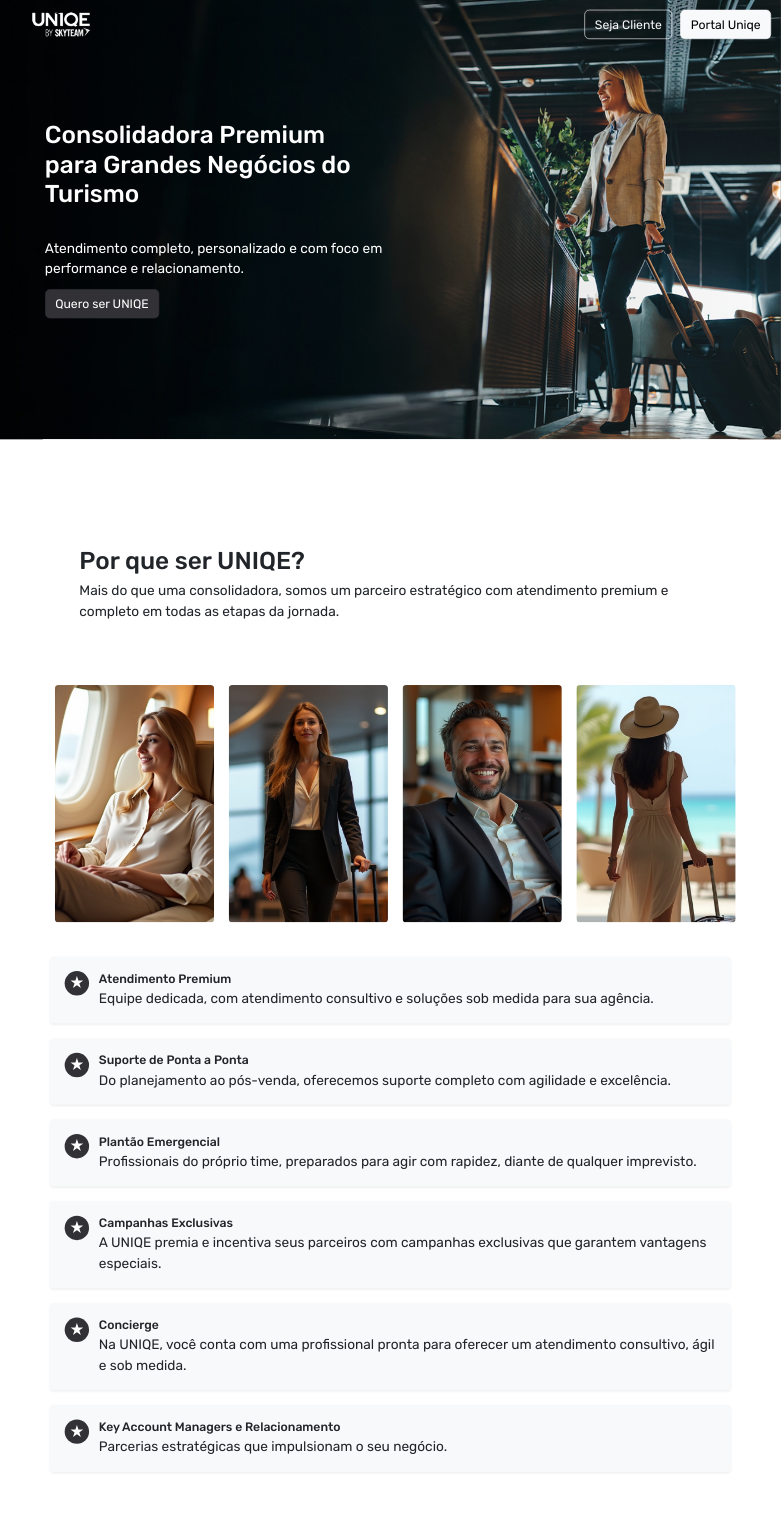
Repository: SkyTeam-Dev/Site-Uniqe
Page: http://localhost/
These files come from the project's save history. The page is drawn as it stood at one moment and after the next save; the edit follows.
The browser window is 1280 px wide. The pictures show the whole page, at 61% of full size.
Some web libraries are served in a nearby version. The page is run by PHP 8.4 with error messages shown; the project is at /var/www/html/.

Above is the page before, as saved 2025-07-03 15:44:49.

### index.php
<!DOCTYPE html>
<html lang="pt-br">

<head>
    <title>:: Uniqe by Skyteam ::</title>
    <!-- Define uma descrição otimizada para mecanismos de busca (Maximo 160 caracteres mas o recomendado é 50 caracteres) -->
    <meta name="description"
        content="CADASTRO SIMPLES, DESCONTOS E CASHBACK A viagem do seu cliente com as melhores condições Conectamos o agente a descontos imbatíveis Ofereça seus serviços a preços mais atrativos com a Uniqe By Skyteam, uma plataforma para reservas de aéreo, hotelaria, seguro-viagem e locação nacional com descontos e cashback, projetada para qualquer agente de viagem" />
    <!-- Define palavras-chave (não tem mais impacto no Google, mas pode ajudar em outros mecanismos) -->
    <meta name="keywords" content="palavra-chave1, palavra-chave2, palavra-chave3">
    <meta charset="utf-8">
    <meta http-equiv="X-UA-Compatible" content="IE=edge">
    <link rel="canonical" href="https://uniqe.tur.br/" />
    <link rel='shortlink' href='https://uniqe.tur.br/' />

    <!-- Define a indexação pelos mecanismos de busca -->
    <meta name="robots" content="index, follow"> <!-- Para indexar e seguir links -->
    <meta name="googlebot" content="index, follow"> <!-- Específico para o Google -->
    <meta name="bingbot" content="index, follow"> <!-- Específico para o Bing -->

    <!-- GOOGLE JSON-LD para SEO -->
    <script type="application/ld+json">
    {
        "@context": "https://schema.org",
        "@type": "WebSite",
        "name": "Uniqe by Skyteam",
        "url": "https://uniqe.tur.br",
        "description": "Consolidadora PREMIUM para grandes negócios do turismo. Atendimento completo, personalizado e com foco em performance e relacionamento, venha ser Uniqe",
        "image": "https://uniqe.tur.br/Templates/Default/Imagens/OG_Uniqe_Base.jpg",
        "author": {
            "@type": "Person",
            "name": "Uniqe"
        },
        "publisher": {
            "@type": "Organization",
            "name": "Uniqe by Skyteam",
            "logo": {
                "@type": "ImageObject",
                "url": "https://uniqe.tur.br/Templates/Default/Imagens/OG_Uniqe_Base.jpg"
            }
        }
    }
    </script>
    <!-- GOOGLE JSON-LD para SEO -->

    <!-- Define o autor do conteúdo -->
    <meta name="author" content="Uniqe by Skyteam">

    <!-- Controla como o Google exibe o snippet do site -->
    <meta name="google" content="nosnippet"> <!-- Impede snippets na SERP -->
    <meta name="google" content="max-snippet:-1, max-image-preview:large, max-video-preview:-1">
    <!-- Personaliza como o conteúdo é mostrado -->

    <!-- Diz ao Google para não traduzir a página automaticamente -->
    <meta name="google" content="notranslate">

    <!-- Define a geolocalização para buscas locais -->
    <meta name="DC.title" content="Uniqe By SkyTeam" />
    <meta name="geo.region" content="BR-RS" />
    <meta name="geo.placename" content="Porto Alegre" />
    <meta name="geo.position" content="-30.030205;-51.229975" />
    <meta name="ICBM" content="-30.030205, -51.229975" />
    <!-- Criador do conteúdo -->
    <meta name="DC.creator" content="Uniqe By SkyTeam">
    <!-- Assunto ou tema do conteúdo -->
    <meta name="DC.subject"
        content="Consolidadora PREMIUM para grandes negócios do turismo. Atendimento completo, personalizado e com foco em performance e relacionamento, venha ser Uniqe">
    <!-- Descrição do conteúdo -->
    <meta name=" DC.description"
        content="Consolidadora PREMIUM para grandes negócios do turismo. Atendimento completo, personalizado e com foco em performance e relacionamento, venha ser Uniqe">

    <!-- Editora ou organização responsável -->
    <meta name="publisher" content="Uniqe By SkyTeam">
    <!-- Identificador único (ex: URL, DOI) -->
    <meta name="identifier" content="https://uniqe.tur.br">
    <!-- Idioma do conteúdo -->
    <meta name="language" content="pt-BR">

    <!-- Direitos autorais e licenciamento -->
    <meta name="rights" content="© 2025 Uniqe By SkyTeam. Todos os direitos reservados.">


    <!-- Definição do protocolo Open Graph BASE -->
    <meta property="og:type" content="website">
    <!-- URL canônica da página -->
    <meta property="og:url" content="https://uniqe.tur.br/">
    <!-- Título que aparecerá no compartilhamento -->
    <meta property="og:title" content="Uniqe by Skyteam">
    <!-- Descrição curta e chamativa -->
    <meta property="og:description"
        content="Consolidadora PREMIUM para grandes negócios do turismo. Atendimento completo, personalizado e com foco em performance e relacionamento, venha ser Uniqe">
    <!-- Imagem para exibição no compartilhamento -->
    <meta property="og:image" content="https://uniqe.tur.br/Templates/Default/Imagens/OG_Uniqe_Base.jpg">
    <!-- 1200x630 pixels é o tamanho recomendado pelo Facebook e outras redes sociais -->
    <meta property="og:image:alt"
        content="Uniqe by Skyteam - Consolidadora PREMIUM para grandes negócios do turismo. Atendimento completo, personalizado e com foco em performance e relacionamento, venha ser Uniqe">
    <!-- Especificações adicionais para a imagem -->
    <meta property="og:image:width" content="1200">
    <meta property="og:image:height" content="630">
    <!-- Nome do site (opcional, mas recomendado) -->
    <meta property="og:site_name" content="Uniqe by Skyteam">
    <!-- Idioma da página -->
    <meta property="og:locale" content="pt_BR">
    <!-- Definição do protocolo Open Graph BASE -->

    <!-- Twitter Card -->
    <meta name="twitter:card" content="summary_large_image">
    <meta name="twitter:title" content="Uniqe by Skyteam">
    <meta name="twitter:description"
        content="Consolidadora PREMIUM para grandes negócios do turismo. Atendimento completo, personalizado e com foco em performance e relacionamento, venha ser Uniqe">
    <meta name="twitter:image" content="https://uniqe.tur.br/Templates/Default/Imagens/OG_Uniqe_Base.jpg">
    <!-- Twitter Card -->



    <meta name="viewport" content="width=device-width, initial-scale=1, shrink-to-fit=no">

    <link rel='preconnect' href='//fonts.googleapis.com' />
    <link rel="preconnect" href="//fonts.gstatic.com" crossorigin>
    <link rel='preconnect' href='//jsdelivr.net' />
    <link rel='preconnect' href='//cdn.jsdelivr.net' />
    <link rel='preconnect' href='//code.jquery.com' />



    <!-- CSS -->
    <script src="https://kit.fontawesome.com/1f7edb10c1.js" crossorigin="anonymous"></script>

    <link
        href="https://fonts.googleapis.com/css2?family=DM+Sans:ital,opsz,wght@0,9..40,100..1000;1,9..40,100..1000&family=Inter:ital,opsz,wght@0,14..32,100..900;1,14..32,100..900&family=Rubik:ital,wght@0,300..900;1,300..900&display=swap"
        rel="stylesheet">

    <link rel="stylesheet" href="Templates/Default/Bootstrap/bootstrap.css">
    <link rel="stylesheet" href="Templates/Default/CSS/Site.css">

    <link rel="stylesheet" href="https://cdn.jsdelivr.net/npm/slick-carousel@1.8.1/slick/slick.css" />
    <link rel="stylesheet" href="https://cdn.jsdelivr.net/npm/slick-carousel@1.8.1/slick/slick-theme.css" />


    <!-- CSS -->

    <!-- Favicon -->


    <!-- Favicon e Theme Color-->
    <link rel="icon" type="image/png" href="Templates/Default/Imagens/Favicons/favicon-96x96.png" sizes="96x96" />
    <link rel="icon" type="image/svg+xml" href="Templates/Default/Imagens/Favicons/favicon.svg" />
    <link rel="shortcut icon" href="Templates/Default/Imagens/Favicons/favicon.ico" />
    <link rel="icon" href="Templates/Default/Imagens/Favicons/favicon.ico" type="image/x-icon">
    <link rel="apple-touch-icon" sizes="180x180" href="Templates/Default/Imagens/Favicons/apple-touch-icon.png" />
    <link rel="manifest" href="Templates/Default/Imagens/Favicons/site.webmanifest" />
    <link rel="apple-touch-icon" href="Templates/Default/Imagens/Favicons/favicon-96x96.png">
    <meta name="msapplication-TileImage" content="Templates/Default/Imagens/Favicons/favicon-96x96.png">
    <meta name="theme-color" content="#313136">
    <meta name="apple-mobile-web-app-capable" content="yes">
    <meta name="apple-mobile-web-app-status-bar-style" content="black-translucent">
    <meta name="msapplication-TileColor" content="#313136">
    <!-- Favicon -->


    <!-- Rastreamento e Comunicação -->

    <!-- Rastreamento e Comunicação -->



    <script src="https://www.google.com/recaptcha/api.js"></script>


</head>

<body onload="document.body.classList.add('show');" class="fade-in">


    <!-- Cabeçalho -->
    <header id="mainHeader" class="menu-transparent mt-0">
        <div class="container-fluid d-flex justify-content-between align-items-center p-3">
            <div>
                <img src="Templates/Default/Imagens/Logo_Uniqe_Branco.png" class="ms-4 img-fluid fw-bold">
                <!-- Troque pelo seu logo -->
            </div>
            <div>
                <a href="#" class="btn btn-lg btn-outline-light me-2 rounded-3 shadow">Seja Cliente</a>
                <a href="#" class="btn btn-lg btn-light rounded-3 shadow">Portal Uniqe</a>
            </div>
        </div>
    </header>

    <!-- Conteúdo -->
    <main class="bg-primary">

        <section class="container-fluid p-5 Hero d-flex justify-content-center align-items-center min-vh-100" id="Hero">
            <div class="row">
                <div class="col-md-6 col-sm-12">
                    <h1 class="text-white mb-5">Consolidadora Premium para Grandes Negócios do Turismo</h1>
                    <p class="text-white mb-3">Atendimento completo, personalizado e com foco em performance e
                        relacionamento.</p>
                    <a href="#" class="btn btn-lg btn-primary">Quero ser UNIQE</a>
                </div>
            </div>


        </section>

    </main>
    <!-- Conteúdo -->

    <!-- Cabeçalho -->

    <!-- Por que ser UNIQE -->

    <section class="container bg-white Espacamento_Superior">

        <div class="row  p-5">

            <div class="col-sm-12">

                <h1 class="mb-2">Por que ser UNIQE?</h1>
                <p class="mb-5">Mais do que uma consolidadora, somos um parceiro estratégico com atendimento premium
                    e completo em todas as etapas da jornada.</p>
            </div>
        </div>
        <div class="row text-center">

            <div class="col-md-3 col-sm-12">
                <img src="Templates/Default/Imagens/foto-uniqe-01.jpg" class="img-fluid img-hover-site text-center m-2 rounded border-1">
            </div>

            <div class="col-md-3 col-sm-12">
                <img src="Templates/Default/Imagens/foto-uniqe-02.png" class="img-fluid img-hover-site text-center m-2 rounded border=1">
            </div>

            <div class="col-md-3 col-sm-12">
                <img src="Templates/Default/Imagens/foto-uniqe-03.jpg" class="img-fluid img-hover-site text-center m-2 rounded border=1">
            </div>

            <div class="col-md-3 col-sm-12">
                <img src="Templates/Default/Imagens/foto-uniqe-04.jpg" class="img-fluid img-hover-site text-center m-2 rounded border-1">
            </div>




        </div>

        </div>

    </section>

    <!-- Por que ser UNIQE -->

    <section class="container py-5">
        <div class="row g-4">

            <div class="col-12">
                <div class="card-beneficio d-flex align-items-start bg-light rounded p-4 shadow-sm">
                    <div class="me-3">
                        <span
                            class="icone fs-4 text-white rounded-circle d-inline-flex align-items-center justify-content-center"
                            style="width: 40px; height: 40px;">
                            ★
                        </span>
                    </div>
                    <div>
                        <h5 class="mb-1">Atendimento Premium</h5>
                        <p class="mb-0">Equipe dedicada, com atendimento consultivo e soluções sob medida para sua
                            agência.</p>
                    </div>
                </div>
            </div>

            <div class="col-12">
                <div class="card-beneficio d-flex align-items-start bg-light rounded p-4 shadow-sm">
                    <div class="me-3">
                        <span
                            class="icone fs-4 text-white rounded-circle d-inline-flex align-items-center justify-content-center"
                            style="width: 40px; height: 40px;">
                            ★
                        </span>
                    </div>
                    <div>
                        <h5 class="mb-1">Suporte de Ponta a Ponta</h5>
                        <p class="mb-0">Do planejamento ao pós-venda, oferecemos suporte completo com agilidade e excelência.</p>
                    </div>
                </div>
            </div>


            <div class="col-12">
                <div class="card-beneficio d-flex align-items-start bg-light rounded p-4 shadow-sm">
                    <div class="me-3">
                        <span
                            class="icone fs-4 text-white rounded-circle d-inline-flex align-items-center justify-content-center"
                            style="width: 40px; height: 40px;">
                            ★
                        </span>
                    </div>
                    <div>
                        <h5 class="mb-1">Plantão Emergencial</h5>
                        <p class="mb-0">Profissionais do próprio time, preparados para agir com rapidez, diante de qualquer imprevisto.</p>
                    </div>
                </div>
            </div>

            <div class="col-12">
                <div class="card-beneficio d-flex align-items-start bg-light rounded p-4 shadow-sm">
                    <div class="me-3">
                        <span
                            class="icone fs-4 text-white rounded-circle d-inline-flex align-items-center justify-content-center"
                            style="width: 40px; height: 40px;">
                            ★
                        </span>
                    </div>
                    <div>
                        <h5 class="mb-1">Campanhas Exclusivas</h5>
                        <p class="mb-0">A UNIQE premia e incentiva seus parceiros com campanhas exclusivas que garantem vantagens especiais.</p>
                    </div>
                </div>
            </div>

            <div class="col-12">
                <div class="card-beneficio d-flex align-items-start bg-light rounded p-4 shadow-sm">
                    <div class="me-3">
                        <span
                            class="icone fs-4 text-white rounded-circle d-inline-flex align-items-center justify-content-center"
                            style="width: 40px; height: 40px;">
                            ★
                        </span>
                    </div>
                    <div>
                        <h5 class="mb-1">Concierge</h5>
                        <p class="mb-0">Na UNIQE, você conta com uma profissional pronta para oferecer um atendimento consultivo, ágil e sob medida.</p>
                    </div>
                </div>
            </div>

            <div class="col-12">
                <div class="card-beneficio d-flex align-items-start bg-light rounded p-4 shadow-sm">
                    <div class="me-3">
                        <span
                            class="icone fs-4 text-white rounded-circle d-inline-flex align-items-center justify-content-center"
                            style="width: 40px; height: 40px;">
                            ★
                        </span>
                    </div>
                    <div>
                        <h5 class="mb-1">Key Account Managers e Relacionamento</h5>
                        <p class="mb-0">Parcerias estratégicas que impulsionam o seu negócio.</p>
                    </div>
                </div>
            </div>

            <div class="col-12">
                <a href="" cla
            </div>



        </div>
    </section>







    <script src="https://cdn.jsdelivr.net/npm/bootstrap@5.3.3/dist/js/bootstrap.bundle.min.js"></script>
    <script>
    const header = document.getElementById('mainHeader');
    let lastScroll = 0;

    window.addEventListener('scroll', () => {
        const currentScroll = window.scrollY;

        if (currentScroll <= 0) {
            header.classList.add('menu-transparent');
            header.classList.remove('menu-colored');
            return;
        }

        if (currentScroll > lastScroll) {
            // Rolando para baixo
            header.classList.add('menu-colored');
            header.classList.remove('menu-transparent');
        } else {
            // Rolando para cima
            if (currentScroll <= 100) {
                header.classList.add('menu-transparent');
                header.classList.remove('menu-colored');
            }
        }

        lastScroll = currentScroll;
    });
    </script>

</body>

</html>

### Templates/Default/CSS/Site.css
.fade-in {
    opacity: 0;
    transition: opacity 1s ease-in-out;
}

.fade-in.show {
    opacity: 1;
}

header {
  position: fixed;
  width: 100%;
  z-index: 999;
  transition: background-color 0.3s ease, box-shadow 0.3s ease;
}

.menu-transparent {
  background-color: transparent !important;
  box-shadow: none !important;
}

.menu-colored {
  background-color: var(--bs-primary) !important;
  box-shadow: 0 2px 5px rgba(0, 0, 0, 0.1);
}

.Hero {
  height: 100vh;
  background-image: url('../Imagens/foto-home-uniqe.jpg');
  background-repeat: no-repeat;
  background-size: cover;
  background-position: center;
}

.Espacamento_Superior{
    padding-top: 8rem !important;
}

.Espacamento_Inferior{
    padding-bottom: 8rem !important;
}


.icone{
    background-color: var(--bs-primary);
}

.card-beneficio .icone,
.card-beneficio h5 {
  transition: all 0.3s ease-in-out;
}

.card-beneficio:hover .icone {
  transform: scale(1.3);
  background-color: #73737d;
}

.card-beneficio:hover h5 {
  color: #73737d; /* cor primária do Bootstrap (pode mudar para outra que quiser) */
}

.img-hover-site:hover{
    box-shadow: 0px 0px 20px 1px rgba(0,0,0,0.5);
    transition: all 0.3s ease-in-out;
    transform: scale(1.1);
    -webkit-transform: scale(1.1);
    -moz-transform: scale(1.1);
    -ms-transform: scale(1.1);
    -o-transform: scale(1.1);
    -webkit-transition: all 0.3s ease-in-out;
    -moz-transition: all 0.3s ease-in-out;
    -ms-transition: all 0.3s ease-in-out;
    -o-transition: all 0.3s ease-in-out;
}

Loaded but not shown: Templates/Default/Bootstrap/bootstrap.css (library)

After the next save:
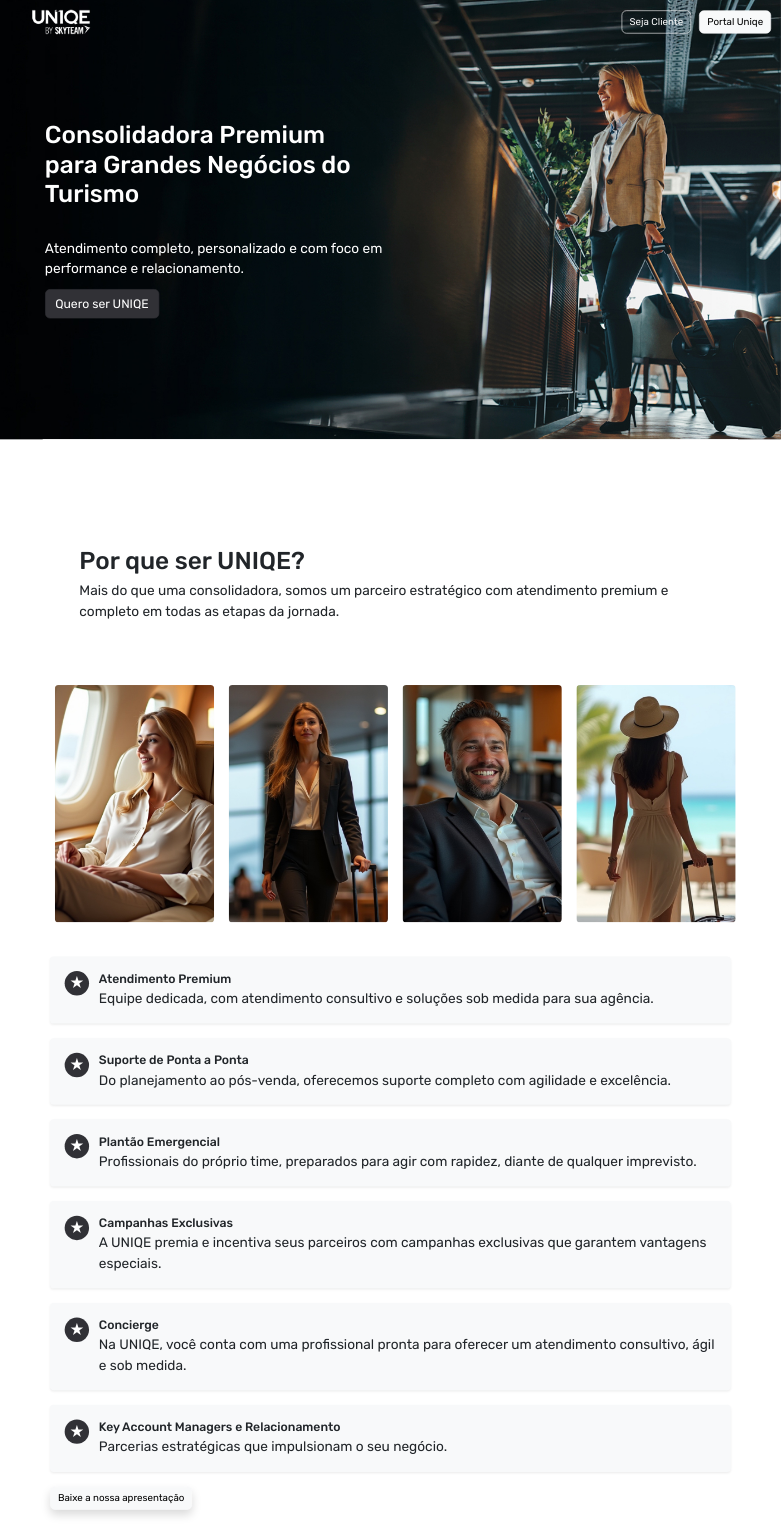
Saved 97 s later.
--- a/index.php
+++ b/index.php
@@ -180,8 +180,8 @@
                 <!-- Troque pelo seu logo -->
             </div>
             <div>
-                <a href="#" class="btn btn-lg btn-outline-light me-2 rounded-3 shadow">Seja Cliente</a>
-                <a href="#" class="btn btn-lg btn-light rounded-3 shadow">Portal Uniqe</a>
+                <a href="#" class="btn btn-outline-light me-2 rounded-3 shadow">Seja Cliente</a>
+                <a href="#" class="btn btn-light rounded-3 shadow">Portal Uniqe</a>
             </div>
         </div>
     </header>
@@ -351,7 +351,9 @@
             </div>
 
             <div class="col-12">
-                <a href="" cla
+                <a href="https://uniqe.blob.core.windows.net/uniqe/apresentacao/apresenta%C3%A7%C3%A3o-uniqe.pdf" class="btn btn-light rounded-3 shadow">
+                  Baixe a nossa apresentação
+                </a>
             </div>
 
 
